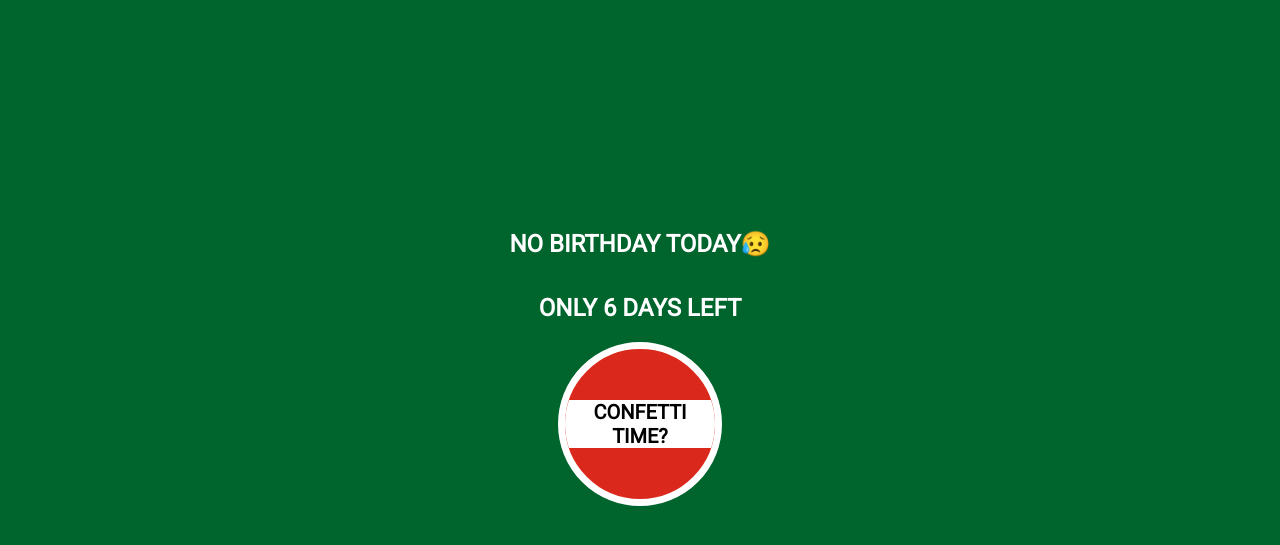
Repository: David-Waite/HannahsBirthdayWebsite
Page: /
The author's editor kept a copy of each file at every save. The page is drawn from the files as they stood at one save, then again after the next save.
The browser window is 1280 px wide. The pictures show the whole page.
The project was rebuilt for these pictures with package versions that can differ from the ones it lists, and the page was loaded fresh each time.

Above is the page before, as saved 2023-03-31 10:24:11.

### public/index.html
<!DOCTYPE html>
<html lang="en">
  <head>
    <meta charset="utf-8" />
    <link rel="icon" href="%PUBLIC_URL%/favicon.ico" />
    <meta name="viewport" content="width=device-width, initial-scale=1" />
    <meta name="theme-color" content="#000000" />
    <meta
      name="description"
      content="Web site created using create-react-app"
    />
    <link rel="apple-touch-icon" href="%PUBLIC_URL%/logo192.png" />
    <!--
      manifest.json provides metadata used when your web app is installed on a
      user's mobile device or desktop. See https://developers.google.com/web/fundamentals/web-app-manifest/
    -->
    <link rel="manifest" href="%PUBLIC_URL%/manifest.json" />
    <!--
      Notice the use of %PUBLIC_URL% in the tags above.
      It will be replaced with the URL of the `public` folder during the build.
      Only files inside the `public` folder can be referenced from the HTML.

      Unlike "/favicon.ico" or "favicon.ico", "%PUBLIC_URL%/favicon.ico" will
      work correctly both with client-side routing and a non-root public URL.
      Learn how to configure a non-root public URL by running `npm run build`.
    -->
    <link rel="preconnect" href="https://fonts.googleapis.com" />
    <link rel="preconnect" href="https://fonts.gstatic.com" crossorigin />
    <link
      href="https://fonts.googleapis.com/css2?family=Roboto&display=swap"
      rel="stylesheet"
    />
    <title>Hannah's Birthday?</title>
    <meta name="description" content="Is it her birthday?" />
  </head>
  <body>
    <noscript>You need to enable JavaScript to run this app.</noscript>
    <div id="root"></div>
    <!--
      This HTML file is a template.
      If you open it directly in the browser, you will see an empty page.

      You can add webfonts, meta tags, or analytics to this file.
      The build step will place the bundled scripts into the <body> tag.

      To begin the development, run `npm start` or `yarn start`.
      To create a production bundle, use `npm run build` or `yarn build`.
    -->
  </body>
</html>

### src/index.css
body {
  margin: 0;
  font-family: "Roboto", sans-serif;
  -webkit-font-smoothing: antialiased;
  -moz-osx-font-smoothing: grayscale;
}

.App {
  width: 100vw;
  height: 100vh;
  display: flex;
  flex-direction: column;
  align-items: center;
  justify-content: center;
  background-color: #00642d;
  color: white;
}

h1 {
  font-size: 24px;
}
.buttonCon {
  display: flex;
  align-items: center;
  justify-content: center;
  height: 150px;
  width: 150px;
  overflow: hidden;
  background-color: #da291c;
  border-radius: 50%;
  border: 7px solid white;
  cursor: pointer;
}
.buttonCon p {
  border: none;
  width: 100%;
  background-color: white;
  color: black;
  font-weight: bold;
  font-size: 20px;
  padding: 0;
}

.buttonCon:hover {
  background-color: #a31f15;
}

### src/App.js
import "./App.css";

import Confetti from "react-confetti";

import { useState } from "react";

function App() {
  const [confetti, setConfetti] = useState(null);
  const [buttonText, setButtonText] = useState("CONFETTI TIME?");
  function isBirthdayToday() {
    const date = new Date();
    if (date.getMonth() === 3 && date.getDate() === 5) {
      return true;
    }
    return false;
  }

  function rainConfetti() {
    if (isBirthdayToday()) {
      setConfetti(true);
      setButtonText("CONFETTI TIME!");
    } else {
      setButtonText("NO");
    }
  }

  function getDaysUntilBirthday() {
    const date = new Date();
    const hannahBday = new Date(date.getFullYear(), 3, 5);
    const hannahBdayNextYear = new Date(date.getFullYear() + 1, 3, 5);
    const oneDay = 1000 * 60 * 60 * 24;

    let daysUntilBirthday;
    if (hannahBday < date) {
      daysUntilBirthday =
        Math.ceil(hannahBdayNextYear.getTime() - date.getTime()) / oneDay;
    } else {
      daysUntilBirthday =
        Math.ceil(hannahBday.getTime() - date.getTime()) / oneDay;
    }

    return daysUntilBirthday;
  }

  // 5th april
  let birthdayText;
  if (isBirthdayToday()) {
    birthdayText = <h1>HAPPY BIRTHDAY!🥳</h1>;
  } else {
    birthdayText = (
      <>
        <h1>NO BIRTHDAY TODAY😥</h1>
        <h2>ONLY {Math.ceil(getDaysUntilBirthday())} DAYS LEFT</h2>
      </>
    );
  }
  console.log(isBirthdayToday());
  const date = new Date();

  return (
    <div className="App">
      {confetti && <Confetti />}

      {birthdayText}
      <div className="buttonCon" onClick={rainConfetti}>
        <p>{buttonText}</p>
      </div>
    </div>
  );
}

export default App;

Loaded but not shown: src/index.js (common file); src/reportWebVitals.js (common file); src/App.css (common file)

After the next save:
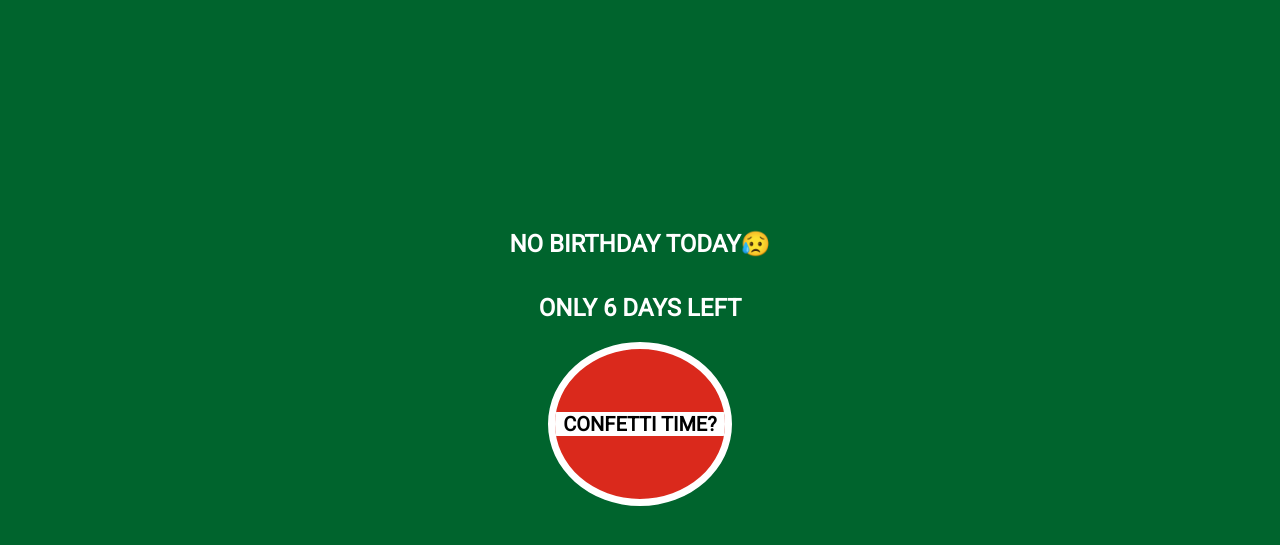
Saved 5 s later.
--- a/src/index.css
+++ b/src/index.css
@@ -24,7 +24,7 @@ h1 {
   align-items: center;
   justify-content: center;
   height: 150px;
-  width: 150px;
+  width: 170px;
   overflow: hidden;
   background-color: #da291c;
   border-radius: 50%;
